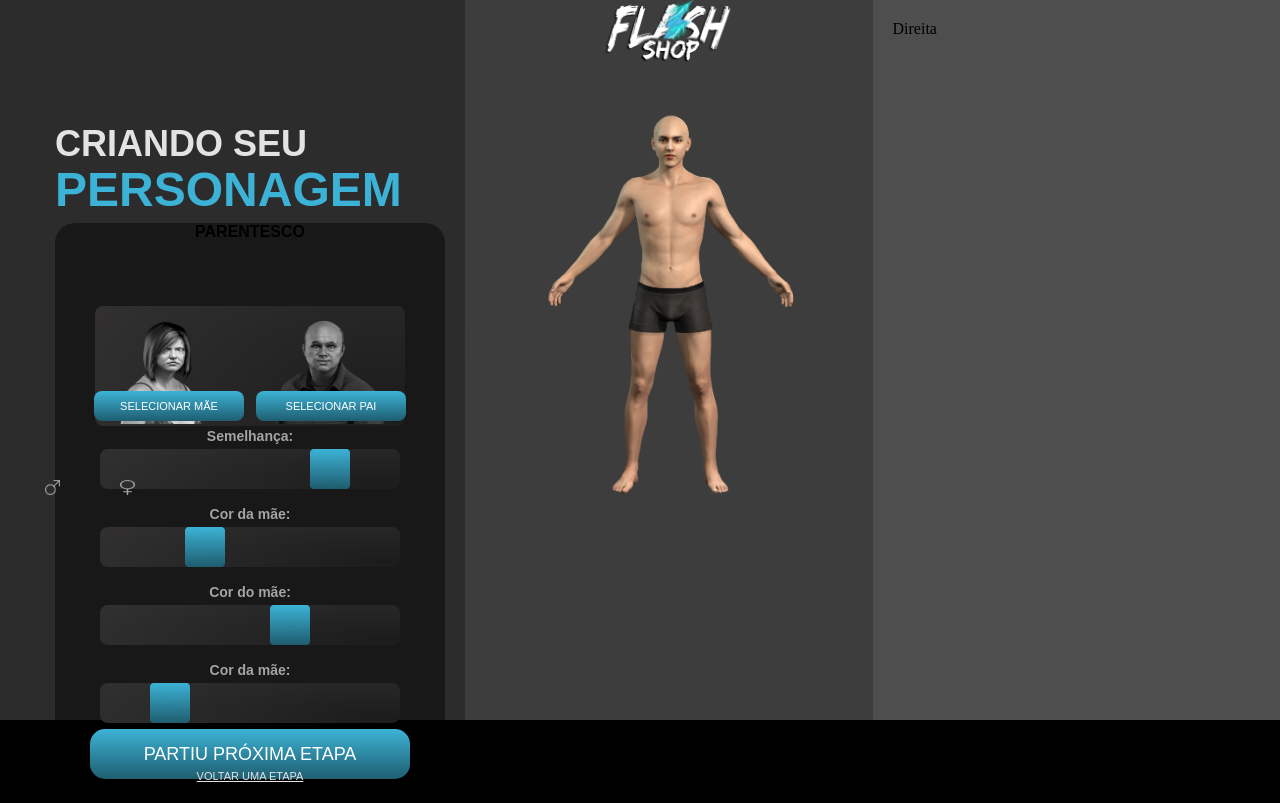
Repository: DuMCorrea/CriandoPerso
Page: index.html
The author's editor kept a copy of each file at every save. The page is drawn from the files as they stood at one save, then again after the next save.
The browser window is 1280 px wide. The pictures show the whole page.

Above is the page before, as saved 2024-08-29 16:45:55.

After the next save:
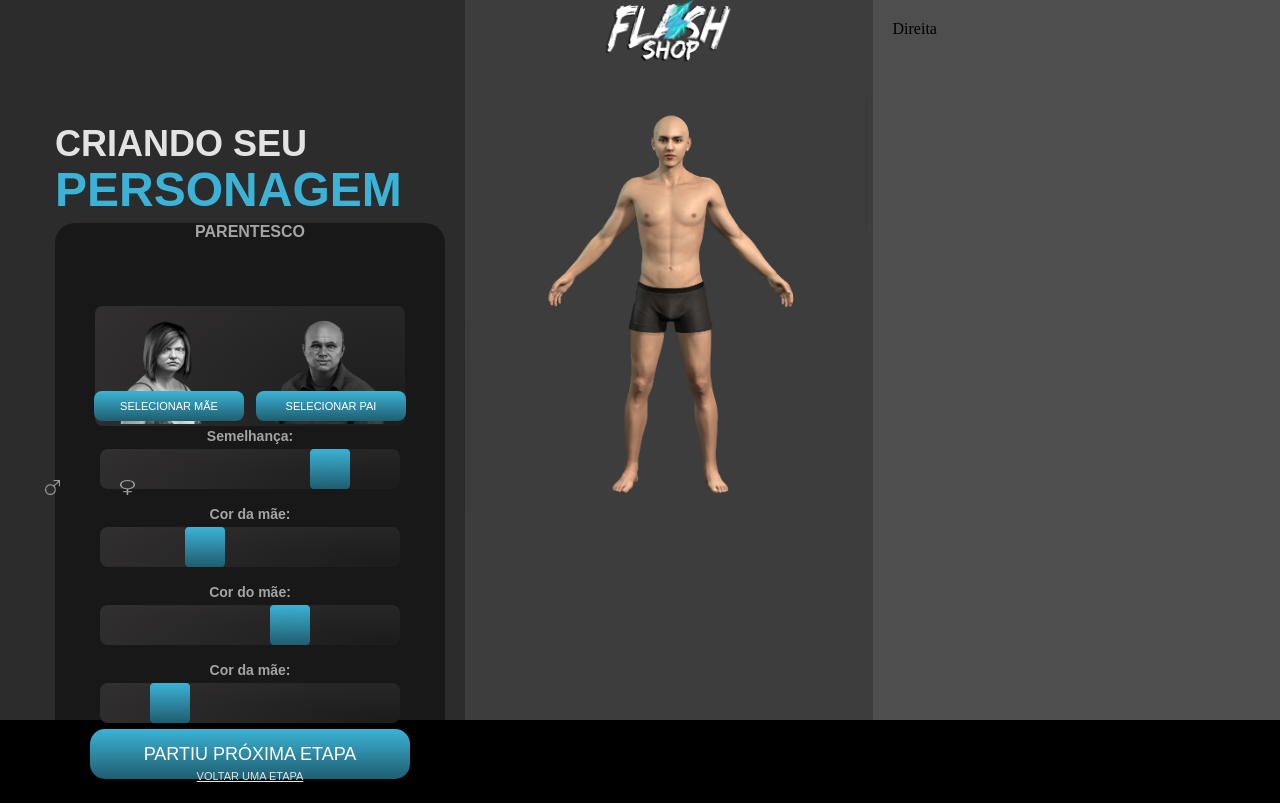
Saved 50 s later.
--- a/styles.css
+++ b/styles.css
@@ -263,7 +263,7 @@
 }
 
 .parentesco-title {
-    color: #000000; /* Cor do texto */
+    color: #A4A4A4; /* Cor do texto */
     margin: 0; /* Remove margens externas */
     padding: 0; /* Remove espaçamento interno */
     font-family: 'Baloo Bhai', sans-serif;
